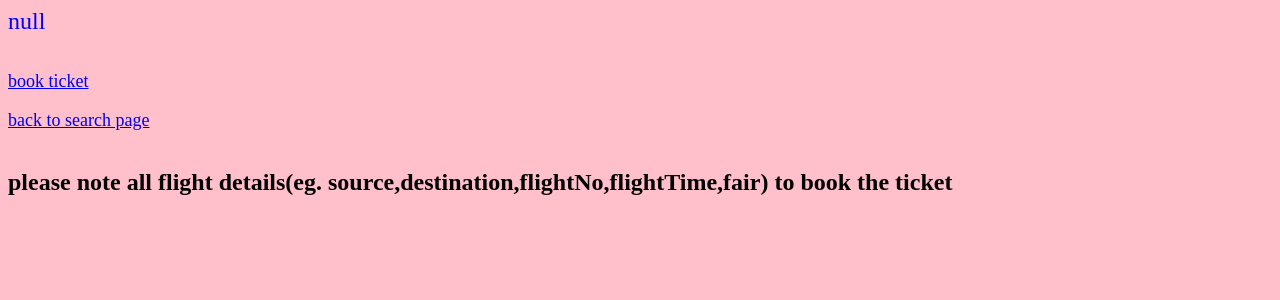
Repository: jha6435/Backenefinalsubmission
Page: http://localhost/ProjectFlyaway2/availflight.jsp
An editor plug-in stored every save of this project. The page is shown before and after the next save, followed by the edit.
The browser window is 1280 px wide. The pictures show the whole page.
The page is served by Tomcat 9. Other server files are loaded and not shown. The template is opened directly, without the code that normally fills it, so the values that code supplies are empty.

Above is the page before, as saved 2023-05-12 03:25:50.

### ProjectFlyaway2/src/main/webapp/availflight.jsp
<%@ page language="java" contentType="text/html; charset=ISO-8859-1"
    pageEncoding="ISO-8859-1"%>
<!DOCTYPE html>
<html>
<head>
<meta charset="ISO-8859-1">
<title>Insert title here</title>
<style type="text/css">
body{background: pink;
}
.abc{
font-size:x-large;
color:blue;
}
a{font-size:large;
}
h2{t}
</style>
</head>
<body>
<div class="abc">
<%
 String output=(String)request.getAttribute("output");
out.println(output);

%></div>

<br>
<br>
<a href="bookticket.jsp">book ticket</a>
<br>
<br>
<a href="index.jsp">back to search page</a>
<br>
<br>
<h2><b>please note all flight details(eg. source,destination,flightNo,flightTime,fair) to book the ticket</b></h2>
</body>
</html>

After the next save:
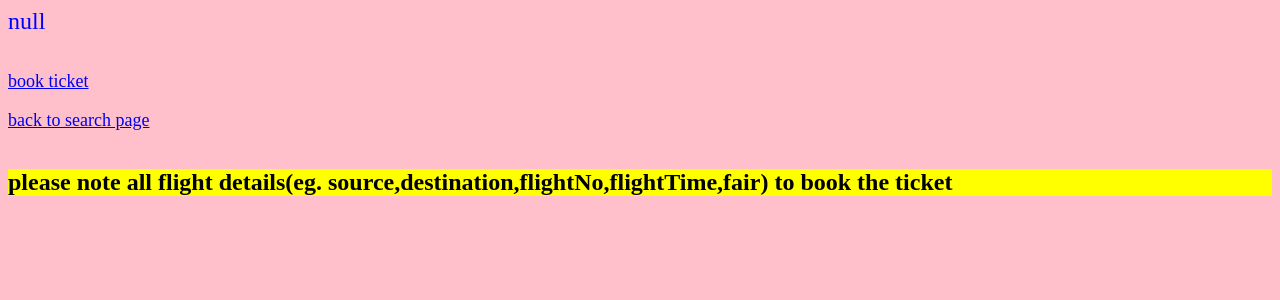
Saved 61 s later.
--- a/ProjectFlyaway2/src/main/webapp/availflight.jsp
+++ b/ProjectFlyaway2/src/main/webapp/availflight.jsp
@@ -14,7 +14,7 @@ color:blue;
 }
 a{font-size:large;
 }
-h2{t}
+h2{background: yellow;}
 </style>
 </head>
 <body>
